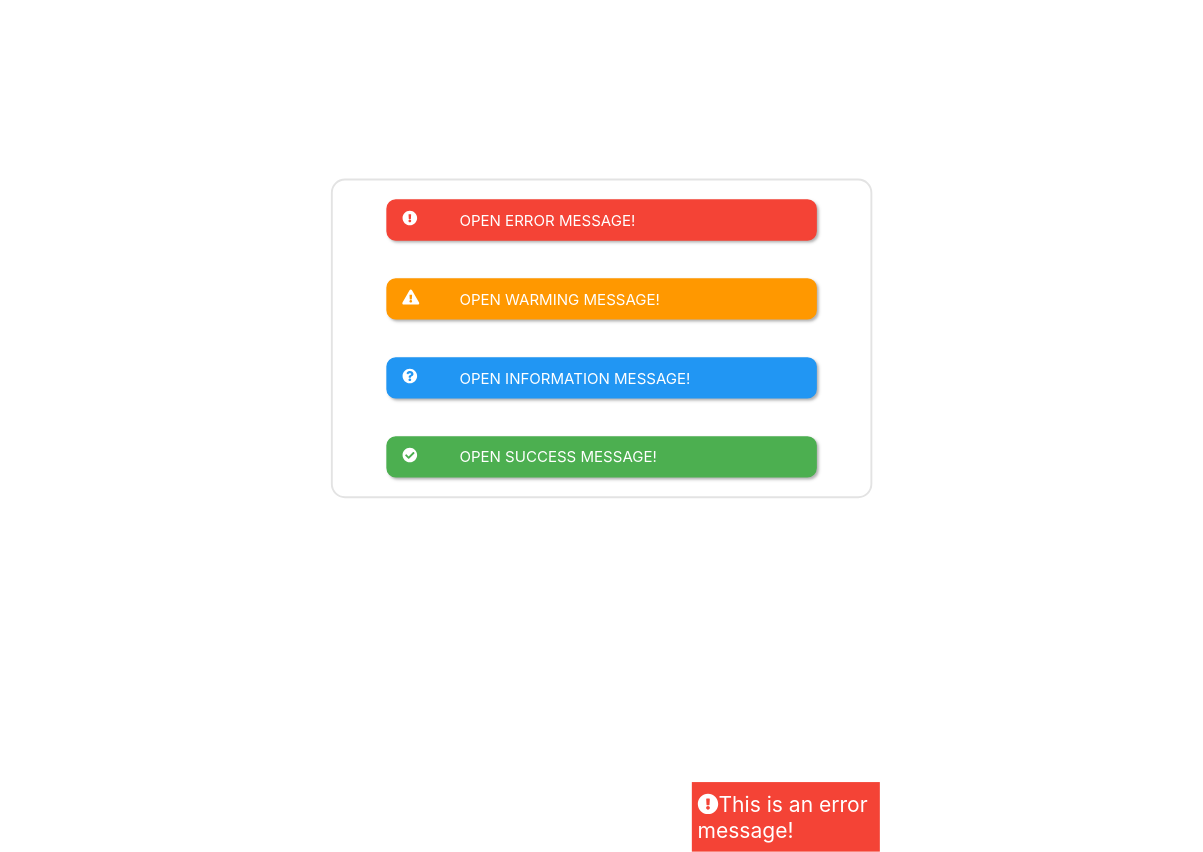
Repository: KrzysKolo/sr_tydzien5_zad2
Page: /, after clicking the first element matching `div.btn`
An editor plug-in stored every save of this project. The page is shown before and after the next save, followed by the edit.
The browser window is 1280 px wide. The pictures show the whole page, at 94% of full size.
The project was rebuilt for these pictures with package versions that can differ from the ones it lists, and the page was loaded fresh each time.

Above is the page before, as saved 2020-12-28 04:23:22.

After the next save:
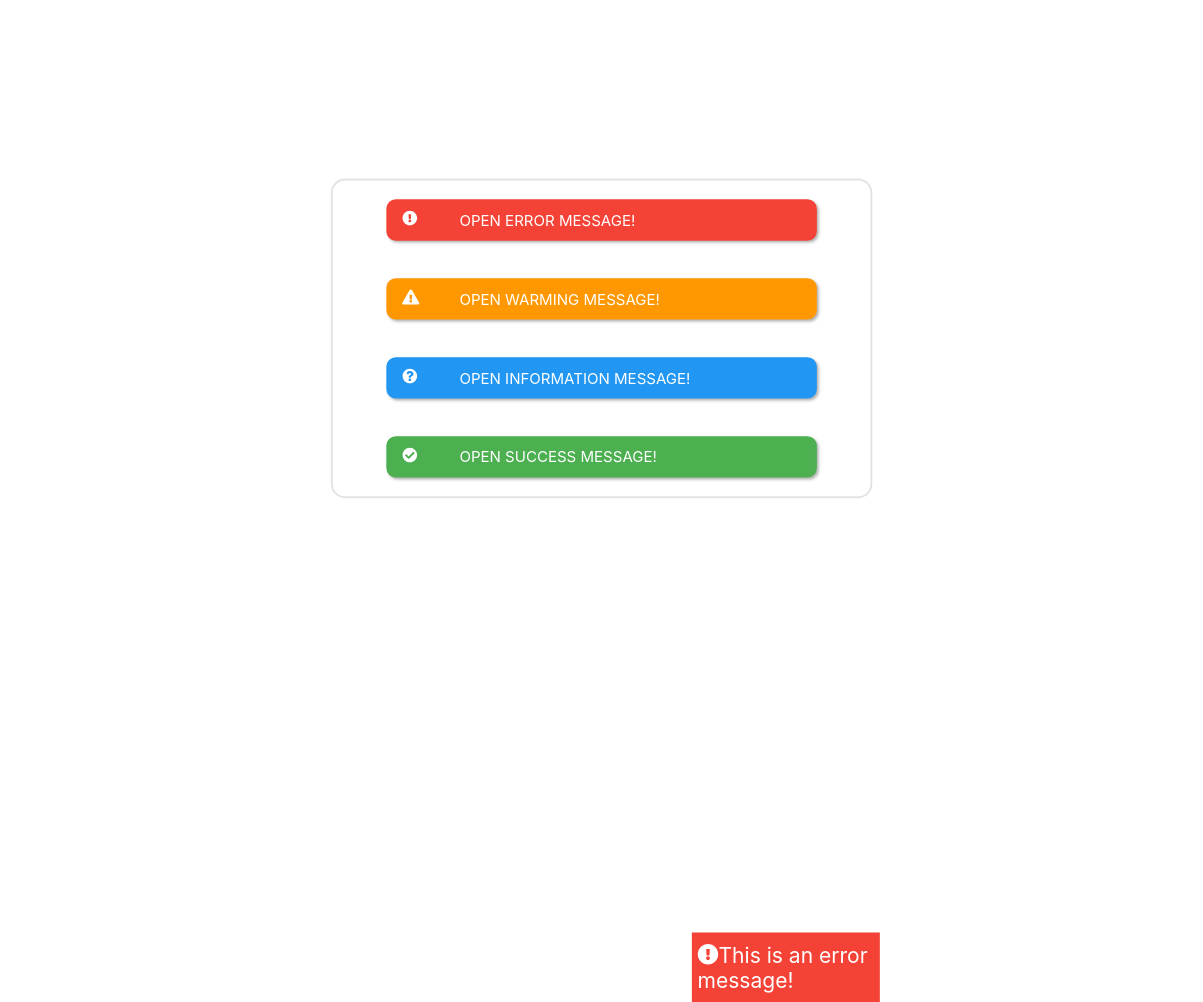
Saved 21 s later.
--- a/src/App.css
+++ b/src/App.css
@@ -59,6 +59,6 @@ body {
 }
 .top-right {
   position: absolute;
-  top: calc(100vh - 80px);
+  top: calc(100vh + 80px);
   right: -10px;
 }
